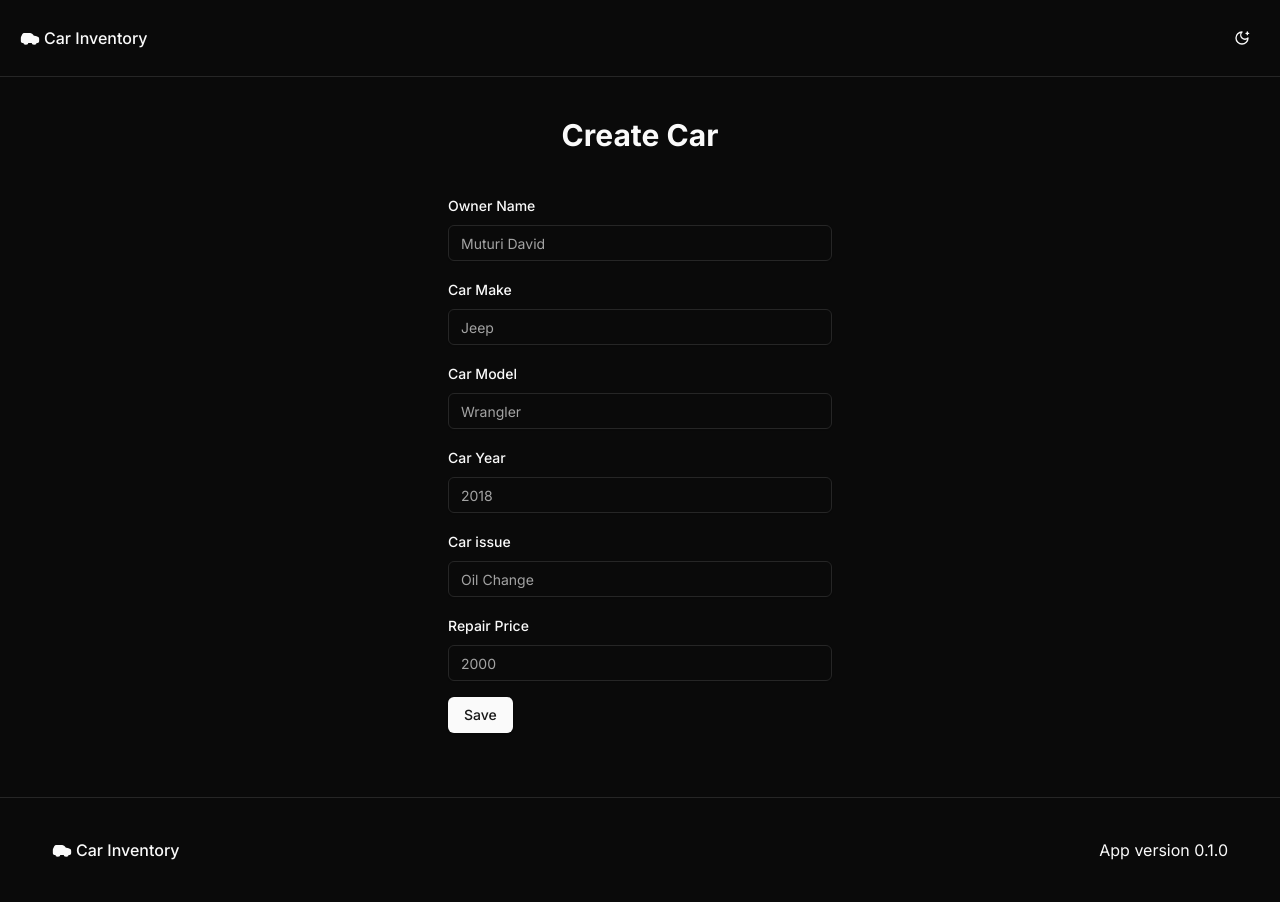
Repository: tushcmd/car-inventory
Page: /create (app in frontend/)
These files come from the project's save history. The page is drawn as it stood at one moment and after the next save; the edit follows.
The browser window is 1280 px wide. The pictures show the whole page.
The project was rebuilt for these pictures with package versions that can differ from the ones it lists, and the page was loaded fresh each time. The framework's server and built-in components were replaced by stand-ins that run in the browser. Also part of the build but not shown: frontend/next.config.mjs.

Above is the page before, as saved 2024-05-26 00:10:49.

### frontend/app/layout.tsx
import type { Metadata } from "next";
import { Inter } from "next/font/google";
import "./globals.css";
import AppProviders from "@/components/providers/AppProviders";
import Navbar from '@/components/shared/Navbar';
import Footer from "@/components/shared/Footer";
import { Toaster } from "@/components/ui/toaster";

const inter = Inter({ subsets: ["latin"] });

export const metadata: Metadata = {
  title: "Car Garage Inventory",
  description: "Nextjs Shadcnui Nodejs Express and MongoDB CRUD",
};

export default function RootLayout({
  children,
}: Readonly<{
  children: React.ReactNode;
}>) {
  return (
    <html lang="en" suppressHydrationWarning>
      <body className={inter.className}>
        <AppProviders>
          <Navbar />
          {children}
          <Footer />
          <Toaster />
        </AppProviders>
      </body>
    </html>
  );
}

### frontend/app/create/page.tsx
import CreateCar from "@/components/create-car";


export default function Create() {
    return (
        <div className="create-edit-page-container min-h-screen">
            {/*<h2 className="pb-4">Create</h2>*/}
            <CreateCar />
        </div>
    )
}

### frontend/components/providers/AppProviders.tsx
'use client';

import { ThemeProvider } from 'next-themes';
import { FC, ReactNode } from 'react';

interface AppProvidersProps {
  children: ReactNode;
}


const AppProviders: FC<AppProvidersProps> = ({ children }) => {
  return (
    <>
      <ThemeProvider attribute="class" disableTransitionOnChange defaultTheme="dark" enableSystem>
        {children}

      </ThemeProvider>
    </>
  );
};

export default AppProviders;

### frontend/components/shared/Navbar.tsx
import React, { FC } from 'react';
import ThemeSwitcherButton from '../ui/ThemeSwitcher';
import Logo from './Logo';

const Navbar: FC = () => {
  return (
    <nav className="border-b py-5">
      <div className="layout-container flex justify-between items-center max-w-7xl">
        <Logo />
        <ThemeSwitcherButton />
      </div>
    </nav>
  );
};

export default Navbar;

### frontend/components/shared/Footer.tsx
import React, { FC } from 'react'
import Logo from './Logo'

const Footer: FC = () => {
  return (
    <footer className='border-t page-container'>
        <div className='layout-container flex flex-row gap-5 items-center  justify-between py-10'>
            <Logo />
            <p>App version 0.1.0</p>
        </div>

    </footer>
  )
}

export default Footer

{/*

<div className="inline-flex p-6 max-w-3xl gap-3 items-center text-center">
            <div>
                <Link
                    href="https://github.com/tushcmd/next-puns-ai"
                    target="_blank"
                    rel="noreferrer"
                    className="text-gray-500 hover:text-gray-900 dark:text-gray-400 dark:hover:text-gray-200"
                >
                    <svg xmlns="http://www.w3.org/2000/svg" width="24" height="24" viewBox="0 0 24 24" fill="none" stroke="currentColor" stroke-width="2" stroke-linecap="round" stroke-linejoin="round" className="lucide lucide-github"><path d="M15 22v-4a4.8 4.8 0 0 0-1-3.5c3 0 6-2 6-5.5.08-1.25-.27-2.48-1-3.5.28-1.15.28-2.35 0-3.5 0 0-1 0-3 1.5-2.64-.5-5.36-.5-8 0C6 2 5 2 5 2c-.3 1.15-.3 2.35 0 3.5A5.403 5.403 0 0 0 4 9c0 3.5 3 5.5 6 5.5-.39.49-.68 1.05-.85 1.65-.17.6-.22 1.23-.15 1.85v4" /><path d="M9 18c-4.51 2-5-2-7-2" /></svg>
                </Link>
            </div>
            <Link
                className="pointer-events-none flex place-items-center gap-2 px-8 lg:pointer-events-auto lg:p-0"
                href="https://tushdev.co/"
                target="_blank"
                rel="noopener noreferrer"
            >
                By{" "}
                <p>@tush</p>
            </Link>

        </div>

        */}

### frontend/components/ui/toaster.tsx
"use client"

import {
  Toast,
  ToastClose,
  ToastDescription,
  ToastProvider,
  ToastTitle,
  ToastViewport,
} from "@/components/ui/toast"
import { useToast } from "@/components/ui/use-toast"

export function Toaster() {
  const { toasts } = useToast()

  return (
    <ToastProvider>
      {toasts.map(function ({ id, title, description, action, ...props }) {
        return (
          <Toast key={id} {...props}>
            <div className="grid gap-1">
              {title && <ToastTitle>{title}</ToastTitle>}
              {description && (
                <ToastDescription>{description}</ToastDescription>
              )}
            </div>
            {action}
            <ToastClose />
          </Toast>
        )
      })}
      <ToastViewport />
    </ToastProvider>
  )
}

### frontend/components/ui/ThemeSwitcher.tsx
"use client";

import { useTheme } from "next-themes";
import React, { FC, useEffect, useState } from "react";
import { SunIcon,  Laptop, MoonStarIcon } from "lucide-react";
import {
	DropdownMenu,
	DropdownMenuContent,
	DropdownMenuItem,
	DropdownMenuTrigger,
} from "./dropdown-menu";
import { Button } from "./button";

const themes = [
	{
		value: "light",
		label: "Light",
		icon: SunIcon,
	},
	{
		value: "dark",
		label: "Dark",
		icon: MoonStarIcon,
	},
	{
		value: "system",
		label: "System",
		icon: Laptop,
	},
];

const ThemeSwitcher: FC = () => {
  const [mounted, setMounted] = useState(false)
	const { theme, setTheme } = useTheme();
	const currentTheme = themes.find((t) => t.value === theme);
	const ThemeIcon = currentTheme?.icon

  useEffect(() => {
    setMounted(true)
  }, [])

	return mounted && (
		<div className="flex">
			<DropdownMenu  >
				<DropdownMenuTrigger asChild>
					<Button variant="ghost" size={"icon"}>{!!ThemeIcon && <ThemeIcon className="w-4 h-4"/>}</Button>
				</DropdownMenuTrigger>
				<DropdownMenuContent>
					{themes.map(({value, label}) => <DropdownMenuItem role="button" onClick={() => setTheme(value)} key={value}>{label}</DropdownMenuItem>)}
				</DropdownMenuContent>
			</DropdownMenu>
		</div>
	);
};

export default ThemeSwitcher;

### frontend/components/shared/Logo.tsx

import { Car } from "lucide-react";
import Link from "next/link";
import React, { FC } from "react";

const Logo: FC = () => {
	return (
		<Link href='/' className="flex items-center gap-1 component-focus rounded-md">
			<Car   className="w-5 h-5 fill-current" />
			<h1 className="inline-flex flex-col gap-0 leading-none font-medium">
				<p>Car Inventory</p>
			</h1>
		</Link>
	);
};

export default Logo;

### frontend/components/ui/toast.tsx
"use client"

import * as React from "react"
import { Cross2Icon } from "@radix-ui/react-icons"
import * as ToastPrimitives from "@radix-ui/react-toast"
import { cva, type VariantProps } from "class-variance-authority"

import { cn } from "@/lib/utils"

const ToastProvider = ToastPrimitives.Provider

const ToastViewport = React.forwardRef<
  React.ElementRef<typeof ToastPrimitives.Viewport>,
  React.ComponentPropsWithoutRef<typeof ToastPrimitives.Viewport>
>(({ className, ...props }, ref) => (
  <ToastPrimitives.Viewport
    ref={ref}
    className={cn(
      "fixed top-0 z-[100] flex max-h-screen w-full flex-col-reverse p-4 sm:bottom-0 sm:right-0 sm:top-auto sm:flex-col md:max-w-[420px]",
      className
    )}
    {...props}
  />
))
ToastViewport.displayName = ToastPrimitives.Viewport.displayName

const toastVariants = cva(
  "group pointer-events-auto relative flex w-full items-center justify-between space-x-2 overflow-hidden rounded-md border p-4 pr-6 shadow-lg transition-all data-[swipe=cancel]:translate-x-0 data-[swipe=end]:translate-x-[var(--radix-toast-swipe-end-x)] data-[swipe=move]:translate-x-[var(--radix-toast-swipe-move-x)] data-[swipe=move]:transition-none data-[state=open]:animate-in data-[state=closed]:animate-out data-[swipe=end]:animate-out data-[state=closed]:fade-out-80 data-[state=closed]:slide-out-to-right-full data-[state=open]:slide-in-from-top-full data-[state=open]:sm:slide-in-from-bottom-full",
  {
    variants: {
      variant: {
        default: "border bg-background text-foreground",
        destructive:
          "destructive group border-destructive bg-destructive text-destructive-foreground",
      },
    },
    defaultVariants: {
      variant: "default",
    },
  }
)

const Toast = React.forwardRef<
  React.ElementRef<typeof ToastPrimitives.Root>,
  React.ComponentPropsWithoutRef<typeof ToastPrimitives.Root> &
    VariantProps<typeof toastVariants>
>(({ className, variant, ...props }, ref) => {
  return (
    <ToastPrimitives.Root
      ref={ref}
      className={cn(toastVariants({ variant }), className)}
      {...props}
    />
  )
})
Toast.displayName = ToastPrimitives.Root.displayName

const ToastAction = React.forwardRef<
  React.ElementRef<typeof ToastPrimitives.Action>,
  React.ComponentPropsWithoutRef<typeof ToastPrimitives.Action>
>(({ className, ...props }, ref) => (
  <ToastPrimitives.Action
    ref={ref}
    className={cn(
      "inline-flex h-8 shrink-0 items-center justify-center rounded-md border bg-transparent px-3 text-sm font-medium transition-colors hover:bg-secondary focus:outline-none focus:ring-1 focus:ring-ring disabled:pointer-events-none disabled:opacity-50 group-[.destructive]:border-muted/40 group-[.destructive]:hover:border-destructive/30 group-[.destructive]:hover:bg-destructive group-[.destructive]:hover:text-destructive-foreground group-[.destructive]:focus:ring-destructive",
      className
    )}
    {...props}
  />
))
ToastAction.displayName = ToastPrimitives.Action.displayName

const ToastClose = React.forwardRef<
  React.ElementRef<typeof ToastPrimitives.Close>,
  React.ComponentPropsWithoutRef<typeof ToastPrimitives.Close>
>(({ className, ...props }, ref) => (
  <ToastPrimitives.Close
    ref={ref}
    className={cn(
      "absolute right-1 top-1 rounded-md p-1 text-foreground/50 opacity-0 transition-opacity hover:text-foreground focus:opacity-100 focus:outline-none focus:ring-1 group-hover:opacity-100 group-[.destructive]:text-red-300 group-[.destructive]:hover:text-red-50 group-[.destructive]:focus:ring-red-400 group-[.destructive]:focus:ring-offset-red-600",
      className
    )}
    toast-close=""
    {...props}
  >
    <Cross2Icon className="h-4 w-4" />
  </ToastPrimitives.Close>
))
ToastClose.displayName = ToastPrimitives.Close.displayName

const ToastTitle = React.forwardRef<
  React.ElementRef<typeof ToastPrimitives.Title>,
  React.ComponentPropsWithoutRef<typeof ToastPrimitives.Title>
>(({ className, ...props }, ref) => (
  <ToastPrimitives.Title
    ref={ref}
    className={cn("text-sm font-semibold [&+div]:text-xs", className)}
    {...props}
  />
))
ToastTitle.displayName = ToastPrimitives.Title.displayName

const ToastDescription = React.forwardRef<
  React.ElementRef<typeof ToastPrimitives.Description>,
  React.ComponentPropsWithoutRef<typeof ToastPrimitives.Description>
>(({ className, ...props }, ref) => (
  <ToastPrimitives.Description
    ref={ref}
    className={cn("text-sm opacity-90", className)}
    {...props}
  />
))
ToastDescription.displayName = ToastPrimitives.Description.displayName

type ToastProps = React.ComponentPropsWithoutRef<typeof Toast>

type ToastActionElement = React.ReactElement<typeof ToastAction>

export {
  type ToastProps,
  type ToastActionElement,
  ToastProvider,
  ToastViewport,
  Toast,
  ToastTitle,
  ToastDescription,
  ToastClose,
  ToastAction,
}

### frontend/components/ui/button.tsx
import * as React from "react"
import { Slot } from "@radix-ui/react-slot"
import { cva, type VariantProps } from "class-variance-authority"

import { cn } from "@/lib/utils"

const buttonVariants = cva(
  "inline-flex items-center justify-center whitespace-nowrap rounded-md text-sm font-medium transition-colors focus-visible:outline-none focus-visible:ring-1 focus-visible:ring-ring disabled:pointer-events-none disabled:opacity-50",
  {
    variants: {
      variant: {
        default:
          "bg-primary text-primary-foreground shadow hover:bg-primary/90",
        destructive:
          "bg-destructive text-destructive-foreground shadow-sm hover:bg-destructive/90",
        outline:
          "border border-input bg-background shadow-sm hover:bg-accent hover:text-accent-foreground",
        secondary:
          "bg-secondary text-secondary-foreground shadow-sm hover:bg-secondary/80",
        ghost: "hover:bg-accent hover:text-accent-foreground",
        link: "text-primary underline-offset-4 hover:underline",
      },
      size: {
        default: "h-9 px-4 py-2",
        sm: "h-8 rounded-md px-3 text-xs",
        lg: "h-10 rounded-md px-8",
        icon: "h-9 w-9",
      },
    },
    defaultVariants: {
      variant: "default",
      size: "default",
    },
  }
)

export interface ButtonProps
  extends React.ButtonHTMLAttributes<HTMLButtonElement>,
    VariantProps<typeof buttonVariants> {
  asChild?: boolean
}

const Button = React.forwardRef<HTMLButtonElement, ButtonProps>(
  ({ className, variant, size, asChild = false, ...props }, ref) => {
    const Comp = asChild ? Slot : "button"
    return (
      <Comp
        className={cn(buttonVariants({ variant, size, className }))}
        ref={ref}
        {...props}
      />
    )
  }
)
Button.displayName = "Button"

export { Button, buttonVariants }

### frontend/components/ui/form.tsx
import * as React from "react"
import * as LabelPrimitive from "@radix-ui/react-label"
import { Slot } from "@radix-ui/react-slot"
import {
  Controller,
  ControllerProps,
  FieldPath,
  FieldValues,
  FormProvider,
  useFormContext,
} from "react-hook-form"

import { cn } from "@/lib/utils"
import { Label } from "@/components/ui/label"

const Form = FormProvider

type FormFieldContextValue<
  TFieldValues extends FieldValues = FieldValues,
  TName extends FieldPath<TFieldValues> = FieldPath<TFieldValues>
> = {
  name: TName
}

const FormFieldContext = React.createContext<FormFieldContextValue>(
  {} as FormFieldContextValue
)

const FormField = <
  TFieldValues extends FieldValues = FieldValues,
  TName extends FieldPath<TFieldValues> = FieldPath<TFieldValues>
>({
  ...props
}: ControllerProps<TFieldValues, TName>) => {
  return (
    <FormFieldContext.Provider value={{ name: props.name }}>
      <Controller {...props} />
    </FormFieldContext.Provider>
  )
}

const useFormField = () => {
  const fieldContext = React.useContext(FormFieldContext)
  const itemContext = React.useContext(FormItemContext)
  const { getFieldState, formState } = useFormContext()

  const fieldState = getFieldState(fieldContext.name, formState)

  if (!fieldContext) {
    throw new Error("useFormField should be used within <FormField>")
  }

  const { id } = itemContext

  return {
    id,
    name: fieldContext.name,
    formItemId: `${id}-form-item`,
    formDescriptionId: `${id}-form-item-description`,
    formMessageId: `${id}-form-item-message`,
    ...fieldState,
  }
}

type FormItemContextValue = {
  id: string
}

const FormItemContext = React.createContext<FormItemContextValue>(
  {} as FormItemContextValue
)

const FormItem = React.forwardRef<
  HTMLDivElement,
  React.HTMLAttributes<HTMLDivElement>
>(({ className, ...props }, ref) => {
  const id = React.useId()

  return (
    <FormItemContext.Provider value={{ id }}>
      <div ref={ref} className={cn("space-y-2", className)} {...props} />
    </FormItemContext.Provider>
  )
})
FormItem.displayName = "FormItem"

const FormLabel = React.forwardRef<
  React.ElementRef<typeof LabelPrimitive.Root>,
  React.ComponentPropsWithoutRef<typeof LabelPrimitive.Root>
>(({ className, ...props }, ref) => {
  const { error, formItemId } = useFormField()

  return (
    <Label
      ref={ref}
      className={cn(error && "text-destructive", className)}
      htmlFor={formItemId}
      {...props}
    />
  )
})
FormLabel.displayName = "FormLabel"

const FormControl = React.forwardRef<
  React.ElementRef<typeof Slot>,
  React.ComponentPropsWithoutRef<typeof Slot>
>(({ ...props }, ref) => {
  const { error, formItemId, formDescriptionId, formMessageId } = useFormField()

  return (
    <Slot
      ref={ref}
      id={formItemId}
      aria-describedby={
        !error
          ? `${formDescriptionId}`
          : `${formDescriptionId} ${formMessageId}`
      }
      aria-invalid={!!error}
      {...props}
    />
  )
})
FormControl.displayName = "FormControl"

const FormDescription = React.forwardRef<
  HTMLParagraphElement,
  React.HTMLAttributes<HTMLParagraphElement>
>(({ className, ...props }, ref) => {
  const { formDescriptionId } = useFormField()

  return (
    <p
      ref={ref}
      id={formDescriptionId}
      className={cn("text-[0.8rem] text-muted-foreground", className)}
      {...props}
    />
  )
})
FormDescription.displayName = "FormDescription"

const FormMessage = React.forwardRef<
  HTMLParagraphElement,
  React.HTMLAttributes<HTMLParagraphElement>
>(({ className, children, ...props }, ref) => {
  const { error, formMessageId } = useFormField()
  const body = error ? String(error?.message) : children

  if (!body) {
    return null
  }

  return (
    <p
      ref={ref}
      id={formMessageId}
      className={cn("text-[0.8rem] font-medium text-destructive", className)}
      {...props}
    >
      {body}
    </p>
  )
})
FormMessage.displayName = "FormMessage"

export {
  useFormField,
  Form,
  FormItem,
  FormLabel,
  FormControl,
  FormDescription,
  FormMessage,
  FormField,
}

### frontend/components/ui/input.tsx
import * as React from "react"

import { cn } from "@/lib/utils"

export interface InputProps
  extends React.InputHTMLAttributes<HTMLInputElement> {}

const Input = React.forwardRef<HTMLInputElement, InputProps>(
  ({ className, type, ...props }, ref) => {
    return (
      <input
        type={type}
        className={cn(
          "flex h-9 w-full rounded-md border border-input bg-transparent px-3 py-1 text-sm shadow-sm transition-colors file:border-0 file:bg-transparent file:text-sm file:font-medium placeholder:text-muted-foreground focus-visible:outline-none focus-visible:ring-1 focus-visible:ring-ring disabled:cursor-not-allowed disabled:opacity-50",
          className
        )}
        ref={ref}
        {...props}
      />
    )
  }
)
Input.displayName = "Input"

export { Input }

### frontend/components/ui/label.tsx
"use client"

import * as React from "react"
import * as LabelPrimitive from "@radix-ui/react-label"
import { cva, type VariantProps } from "class-variance-authority"

import { cn } from "@/lib/utils"

const labelVariants = cva(
  "text-sm font-medium leading-none peer-disabled:cursor-not-allowed peer-disabled:opacity-70"
)

const Label = React.forwardRef<
  React.ElementRef<typeof LabelPrimitive.Root>,
  React.ComponentPropsWithoutRef<typeof LabelPrimitive.Root> &
    VariantProps<typeof labelVariants>
>(({ className, ...props }, ref) => (
  <LabelPrimitive.Root
    ref={ref}
    className={cn(labelVariants(), className)}
    {...props}
  />
))
Label.displayName = LabelPrimitive.Root.displayName

export { Label }

Loaded but not shown: frontend/components/ui/use-toast.ts (common file); frontend/lib/utils.ts (common file); frontend/tailwind.config.ts (common file); frontend/components/create-car.tsx (599 lines, source omitted); frontend/components/ui/dropdown-menu.tsx (205 lines, source omitted); frontend/app/globals.css (439 lines, source omitted)

After the next save:
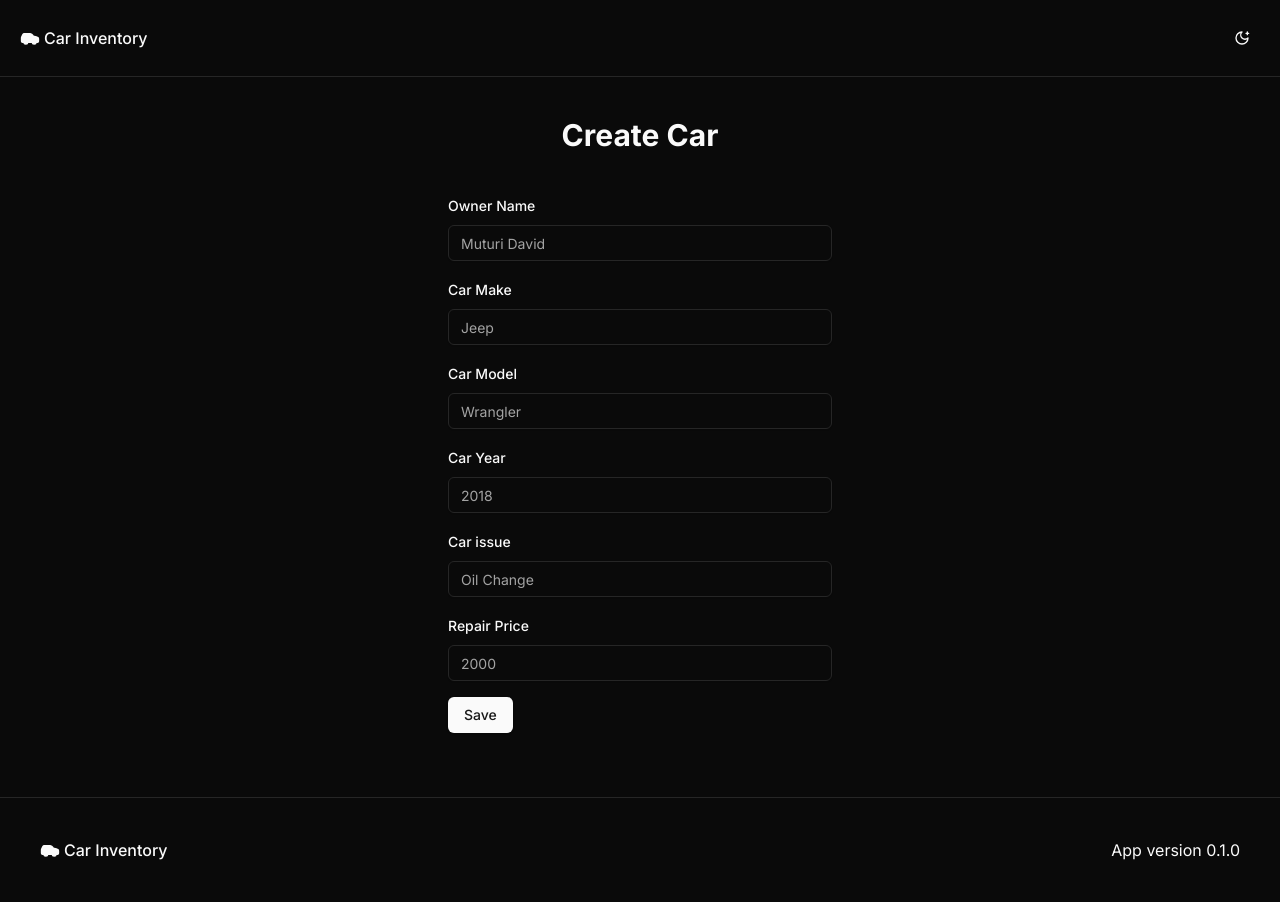
Saved 58 s later.
--- a/frontend/components/shared/Footer.tsx
+++ b/frontend/components/shared/Footer.tsx
@@ -3,8 +3,8 @@ import Logo from './Logo'
 
 const Footer: FC = () => {
   return (
-    <footer className='border-t page-container'>
-        <div className='layout-container flex flex-row gap-5 items-center  justify-between py-10'>
+    <footer className='border-t layout-container'>
+        <div className='layout-container flex flex-row gap-5 items-center justify-between py-10'>
             <Logo />
             <p>App version 0.1.0</p>
         </div>
